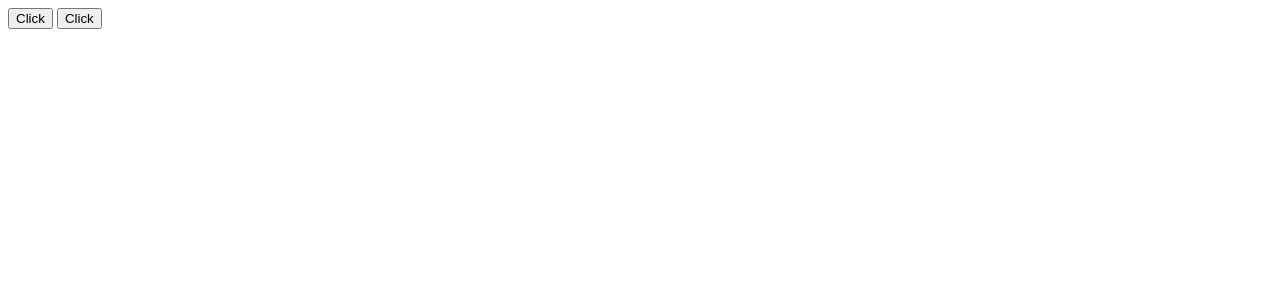
Repository: superdids/DAT152
Page: Lectures/WebContent/lecEight.html
These files come from the project's save history. The page is drawn as it stood at one moment and after the next save; the edit follows.
The browser window is 1280 px wide. The pictures show the whole page.

Above is the page before, as saved 2015-09-14 09:02:59.

After the next save:
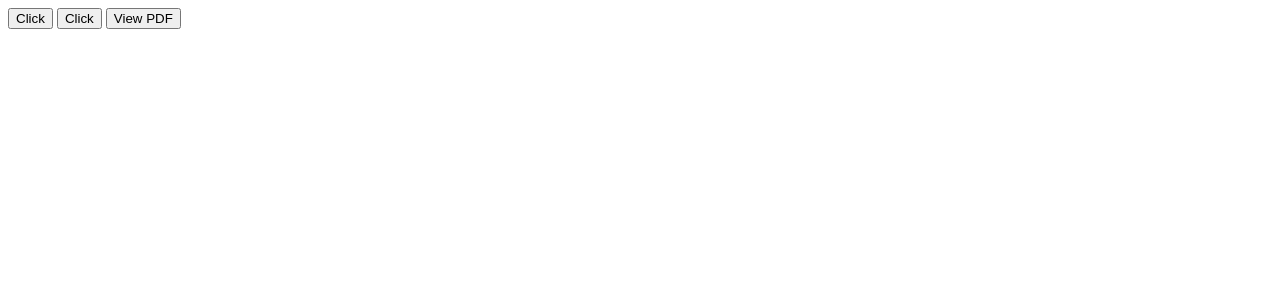
Saved 58 min 4 s later.
--- a/Lectures/WebContent/lecEight.html
+++ b/Lectures/WebContent/lecEight.html
@@ -11,6 +11,8 @@
 <input type="button" onclick="demo0()" value="Click" />
 <input type="button" onclick="loop()" value="Click" />
 
+<input type="button" onclick="pdf()" value="View PDF" />
+
 <!-- Det legges alltid en <tbody> tag rundt elementene
 inne i <table> taggen (implisitt), med mindre mimetype er
 XML -->
